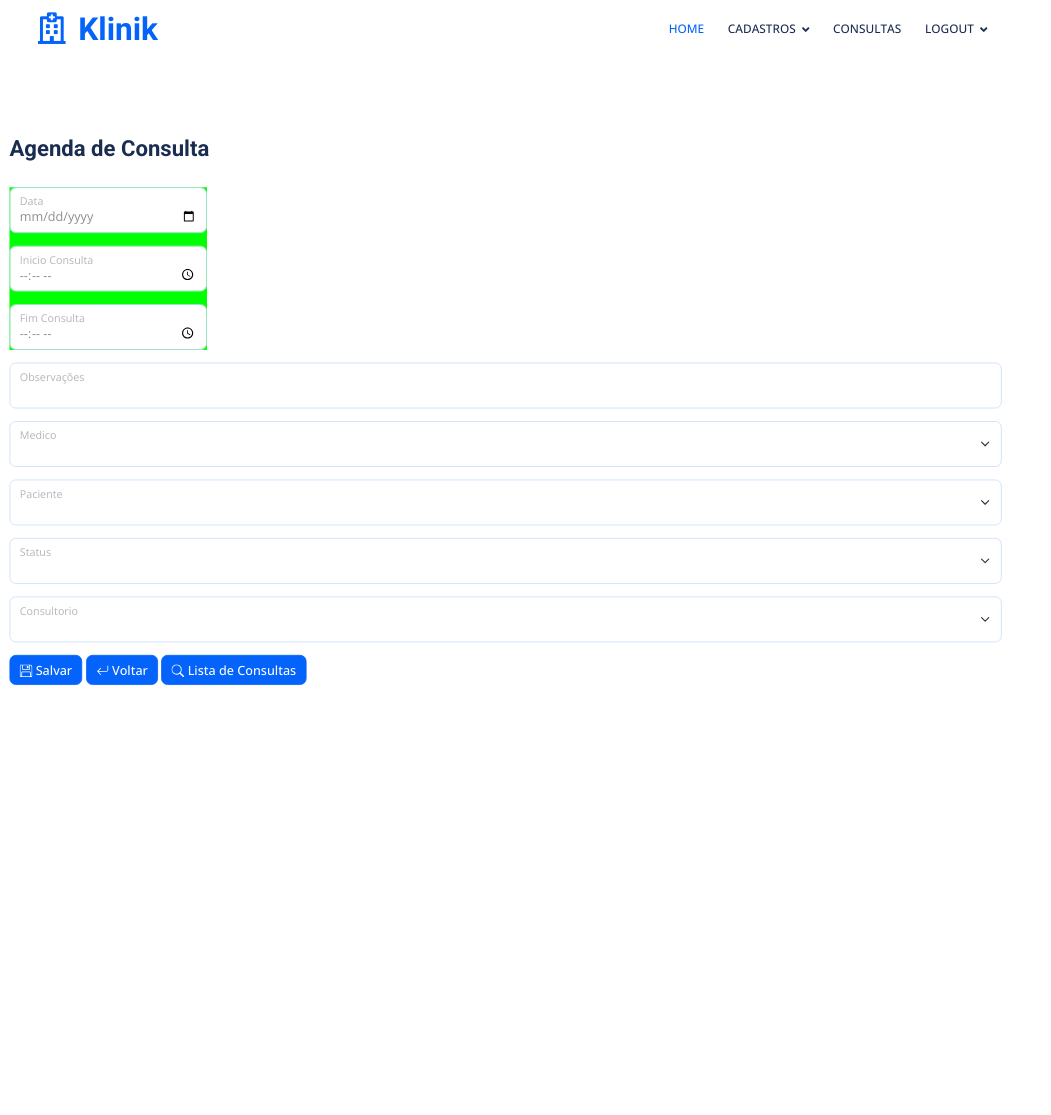
Repository: henrickrufino91/AgendaConsultas
Page: http://localhost/consulta/novaConsulta
An editor plug-in stored every save of this project. The page is shown before and after the next save, followed by the edit.
The browser window is 1280 px wide. The page is 1331 px wide, so the pictures cover 1331 px, including what lies to the right of the window. The pictures show the whole page, at 79% of full size.
Some web libraries are served in a nearby version. The page is this project's Thymeleaf template; nobody is signed in. The template is opened directly, without the code that normally fills it, so the values that code supplies are empty.

Above is the page before, as saved 2024-12-27 03:51:54.

After the next save:
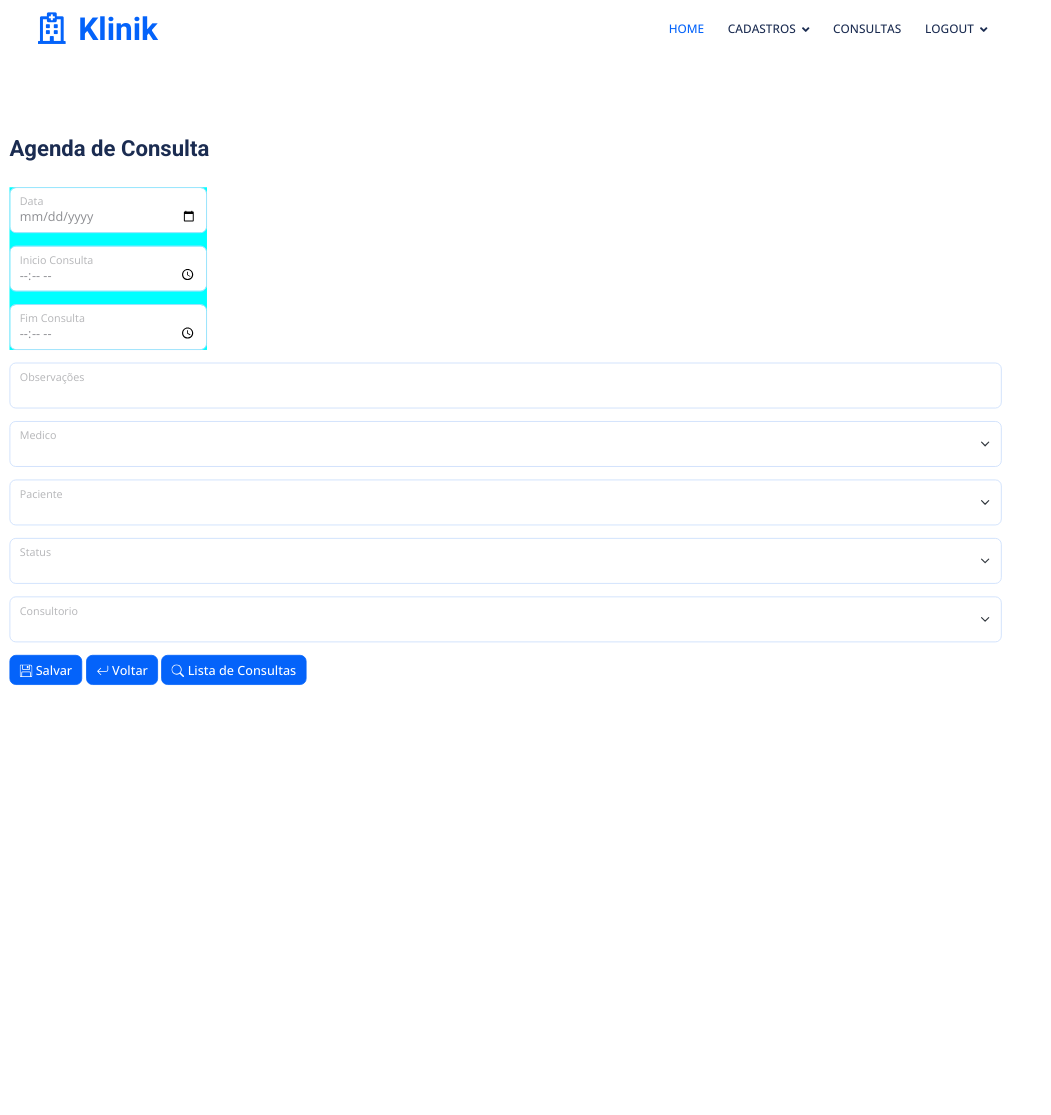
Saved 63 s later.
--- a/clinica/src/main/resources/templates/consulta/novaConsulta.html
+++ b/clinica/src/main/resources/templates/consulta/novaConsulta.html
@@ -111,7 +111,7 @@
 
 											<br>
 
-											<div style="width: 250px; background-color:lime;" >
+											<div style="width: 250px; background-color:aqua;" >
 
                                             <div class="form-floating mb-3" id="a1">
                                                 <input class="form-control" th:field="*{dataConsulta}" id="inputEmail" type="date" />
